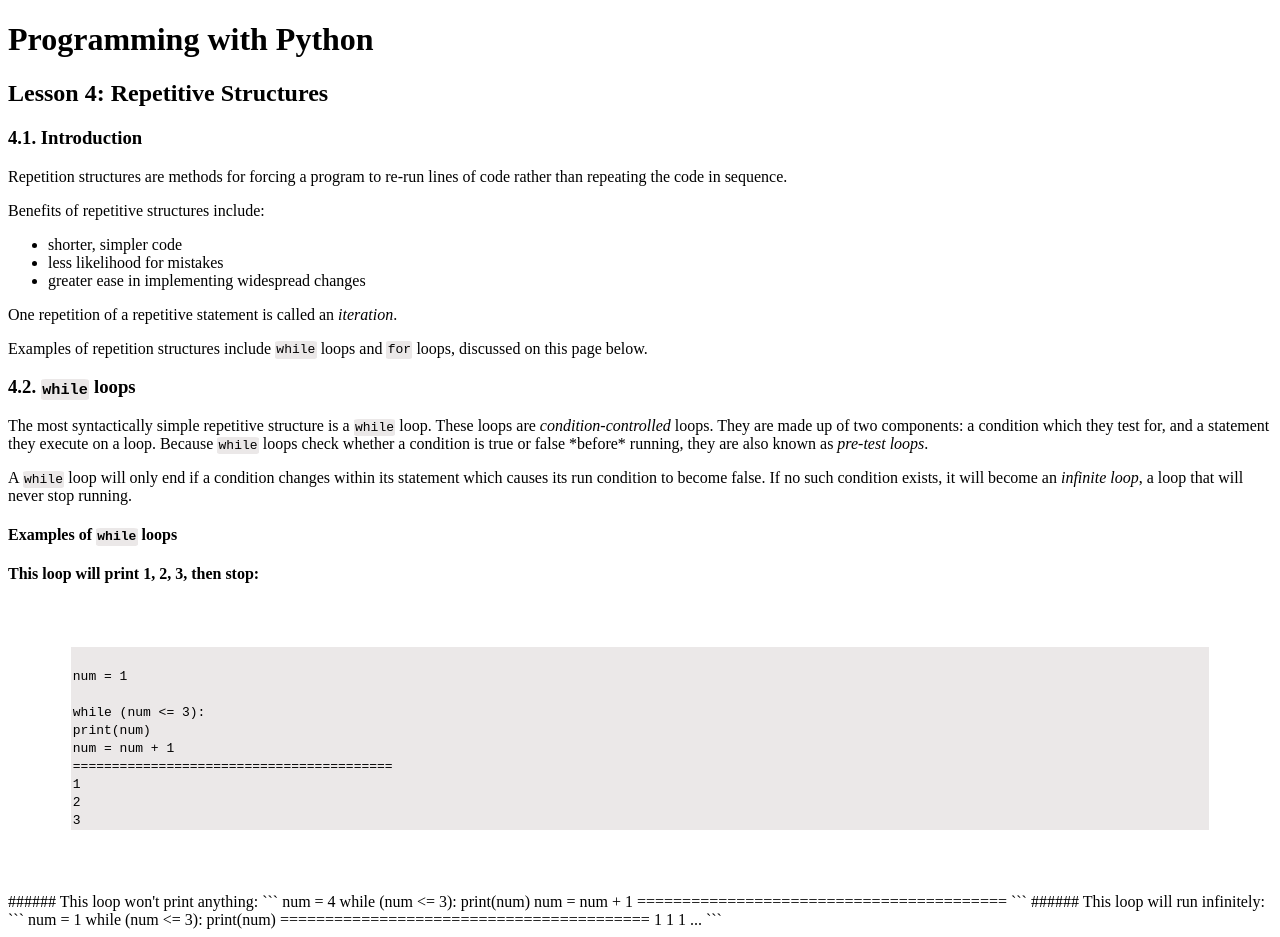
Repository: emnharris/FreeCodeCampChallenges
Page: responsive-web-design/technical-documentation-page/python-tutorial.html
The author's editor kept a copy of each file at every save. The page is drawn from the files as they stood at one save, then again after the next save.
The browser window is 1280 px wide. The pictures show the whole page.

Above is the page before, as saved 2020-04-16 15:27:35.

After the next save:
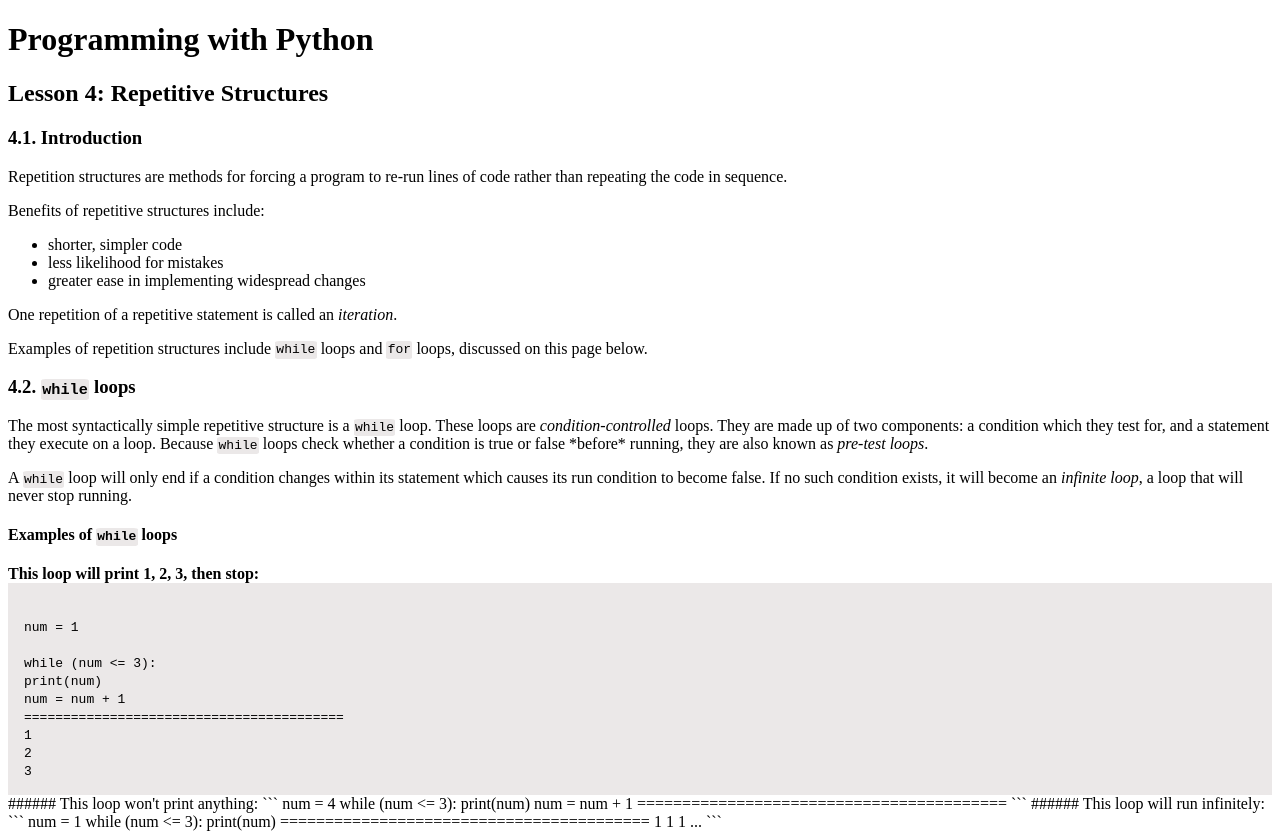
Saved 32 s later.
--- a/responsive-web-design/technical-documentation-page/python-tutorial.css
+++ b/responsive-web-design/technical-documentation-page/python-tutorial.css
@@ -5,6 +5,5 @@ code {
 }
 #code-block {
     background-color: rgb(235, 232, 232);
-    padding: .1em;
-    margin: 5%;
+    padding: 1em;
 }
